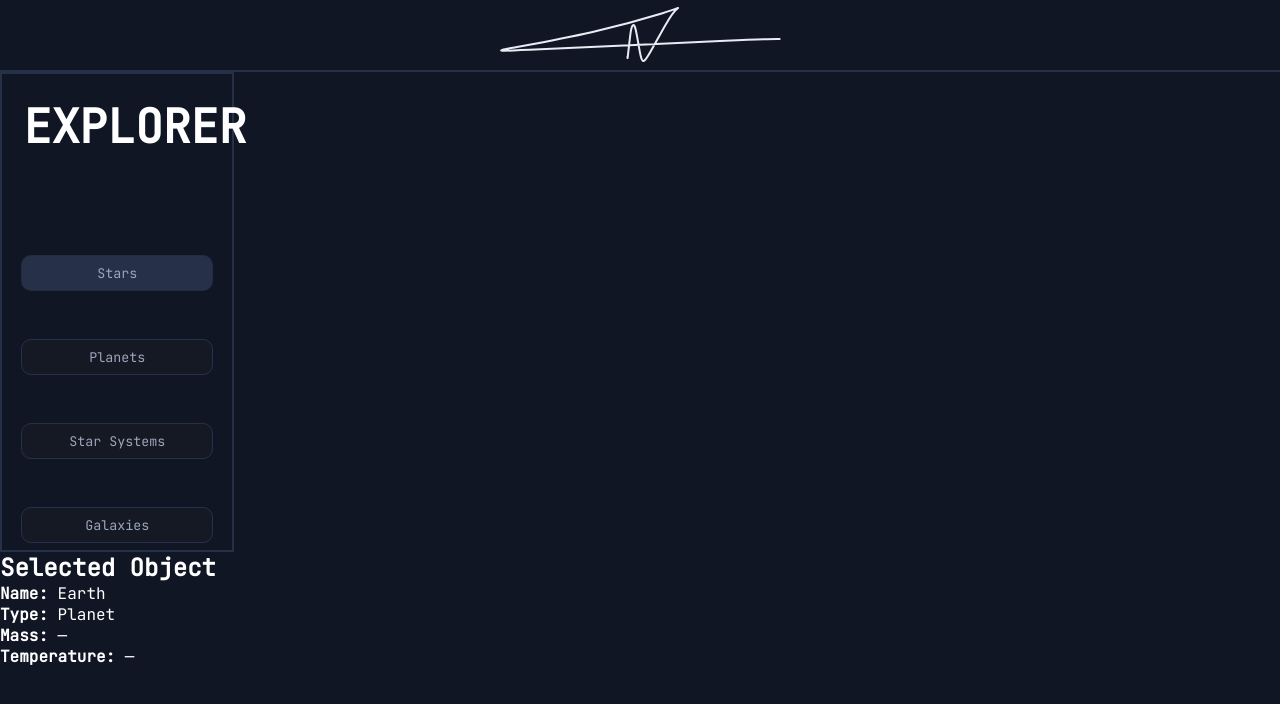
Repository: nico-madruga/Universe
Page: front-end/html/index.html
These files come from the project's save history. The page is drawn as it stood at one moment and after the next save; the edit follows.
The browser window is 1280 px wide. The pictures show the whole page.
The pointer rests on the first visible `.standard_button`.

Above is the page before, as saved 2026-09-28 17:33:45.

After the next save:
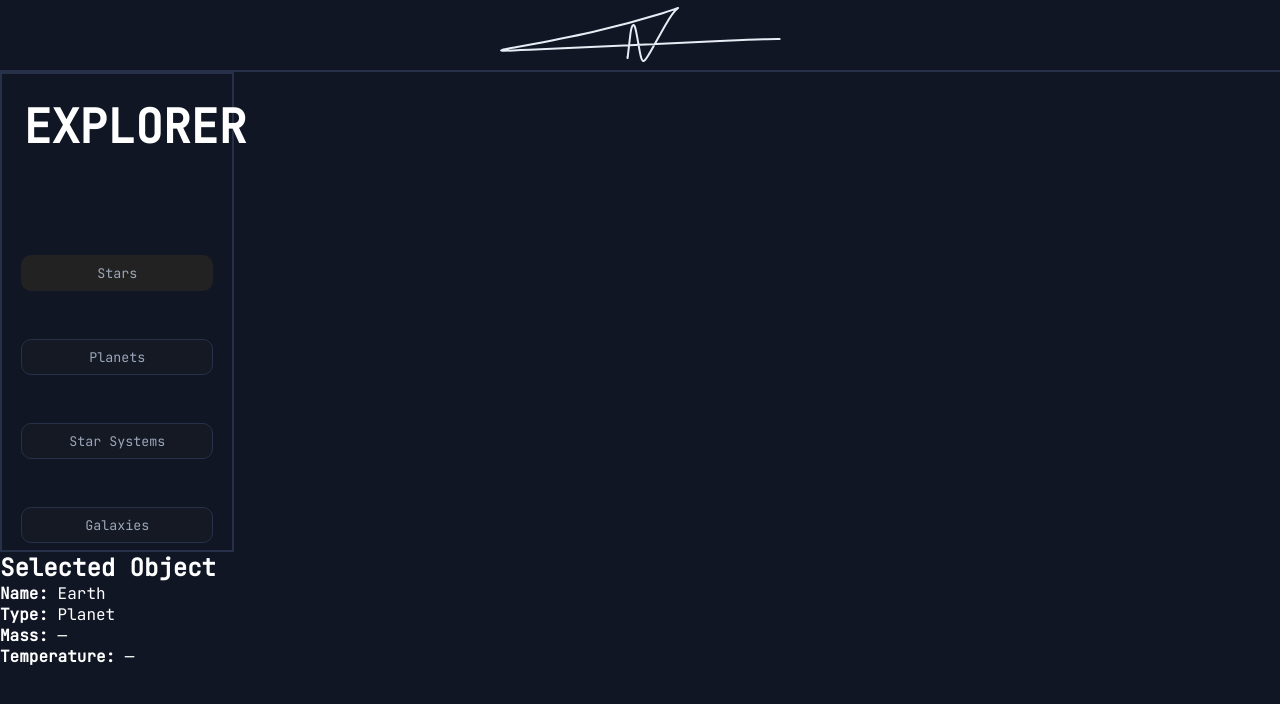
Saved 10 s later.
--- a/front-end/css/style.css
+++ b/front-end/css/style.css
@@ -82,5 +82,5 @@ body
 .standard_button:hover
 {
     border: 1px solid var(--button-color);
-    background-color: var(--panel-borders-color);
+    background-color: var(--button-color-hovered);
 }
